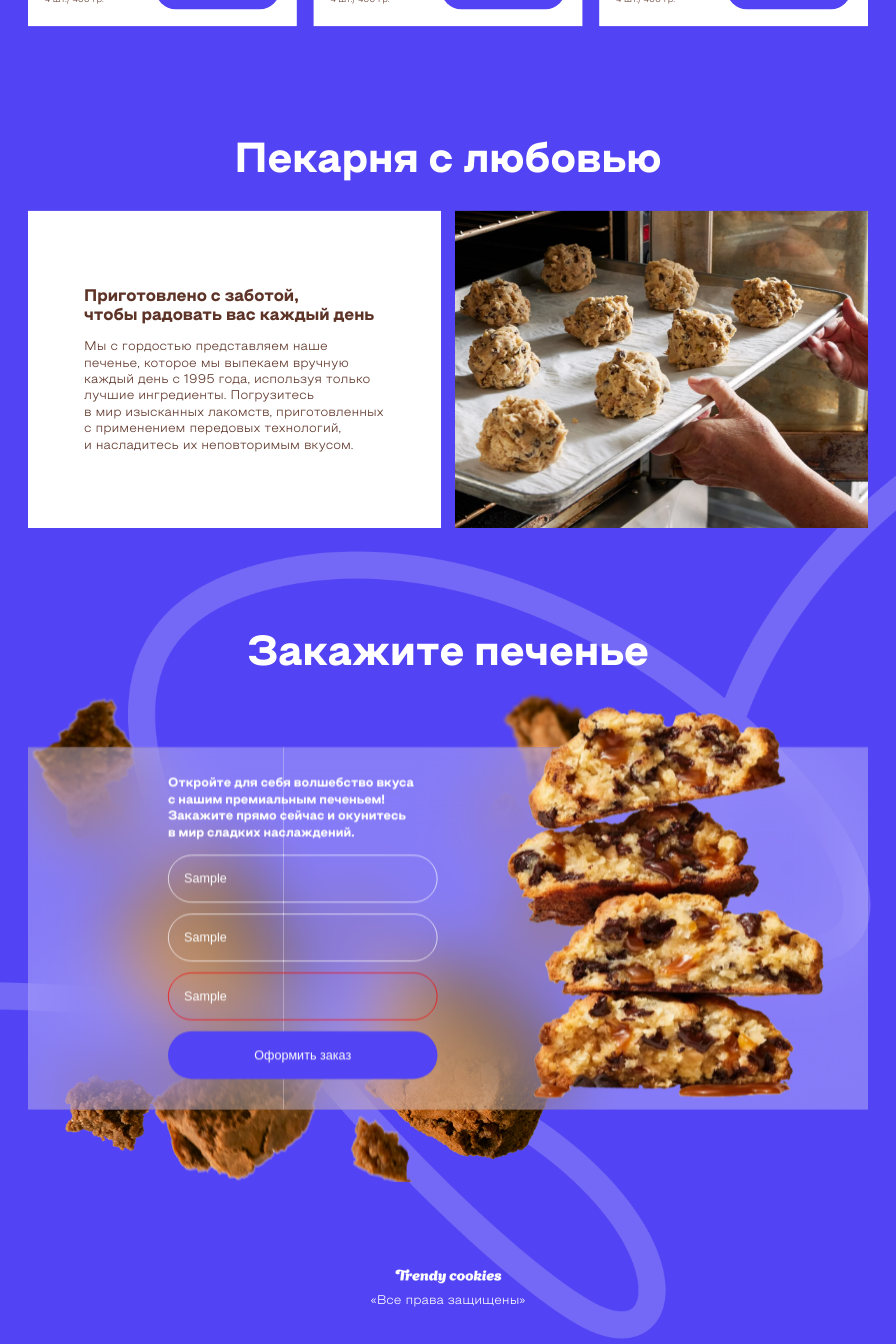
Repository: Albert24-Front-end/cookies-JS
Page: index.html
An editor plug-in stored every save of this project. The page is shown before and after the next save, followed by the edit.
The browser window is 1280 px wide. The pictures show the part of the page from y = 3276 to 5196 px (the page is 5196 px tall), at 70% of full size.
Empty fields were first filled with sample values (such as "Sample", 5 or name@example.com).
After loading, the first visible `#order-action` was clicked once.

Above is the page before, as saved 2025-01-27 14:53:20.

After the next save:
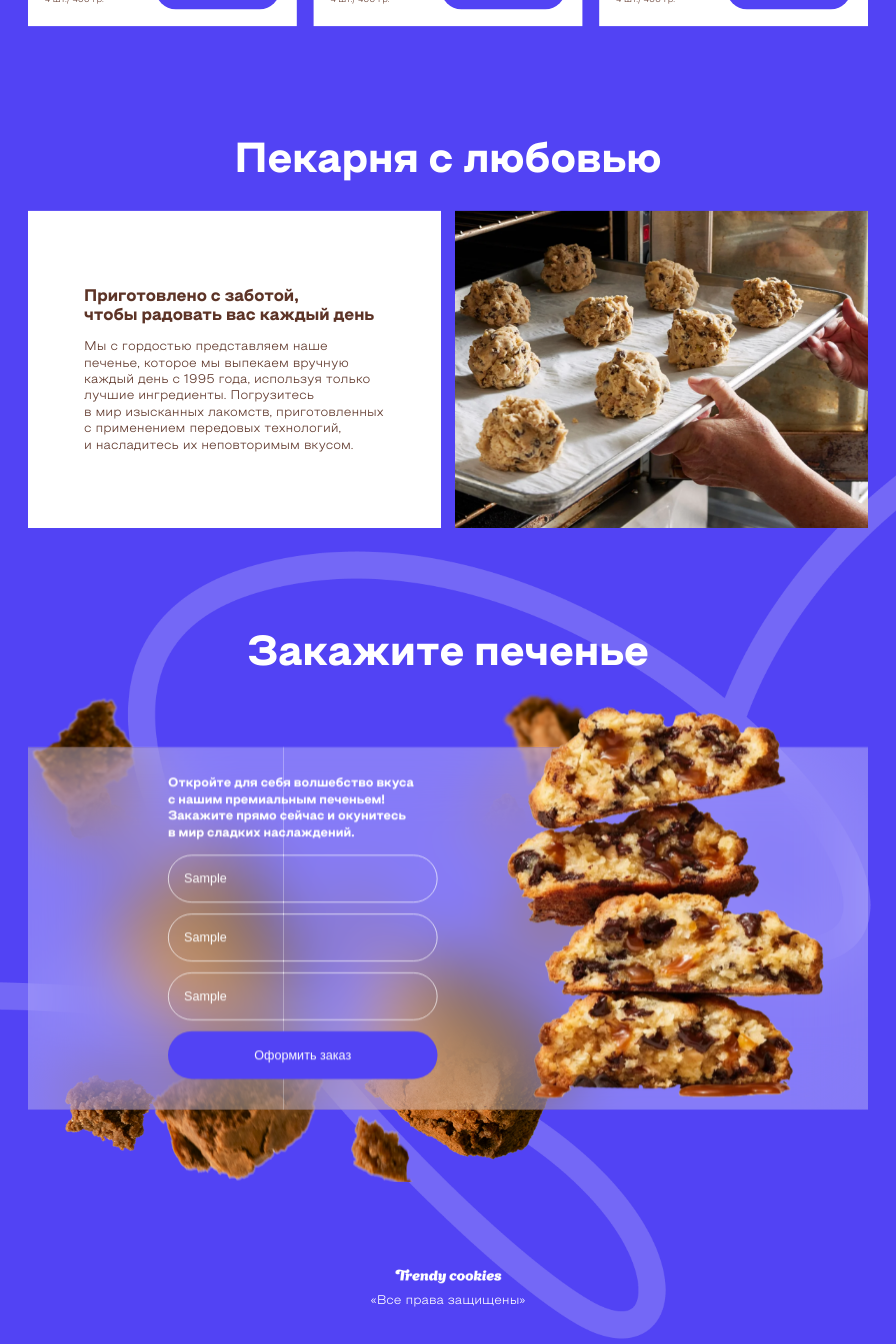
Console error: ReferenceError: inputs_Array is not defined
Saved 66 s later.
--- a/script.js
+++ b/script.js
@@ -59,6 +59,13 @@
     const fields = [productField, nameField, phoneField];
     let hasEmptyFields = false;
     let phoneError = false;
+    inputs_Array.forEach(item => {
+        if (!item.value) {
+            item.style.borderColor = "red";
+            error = true;
+        }
+        else {item.style.borderColor = "";}
+    });
     fields.forEach((field) => {
         if (!field.value) {
             field.style.borderColor = "red";

After the 2 saves that followed:
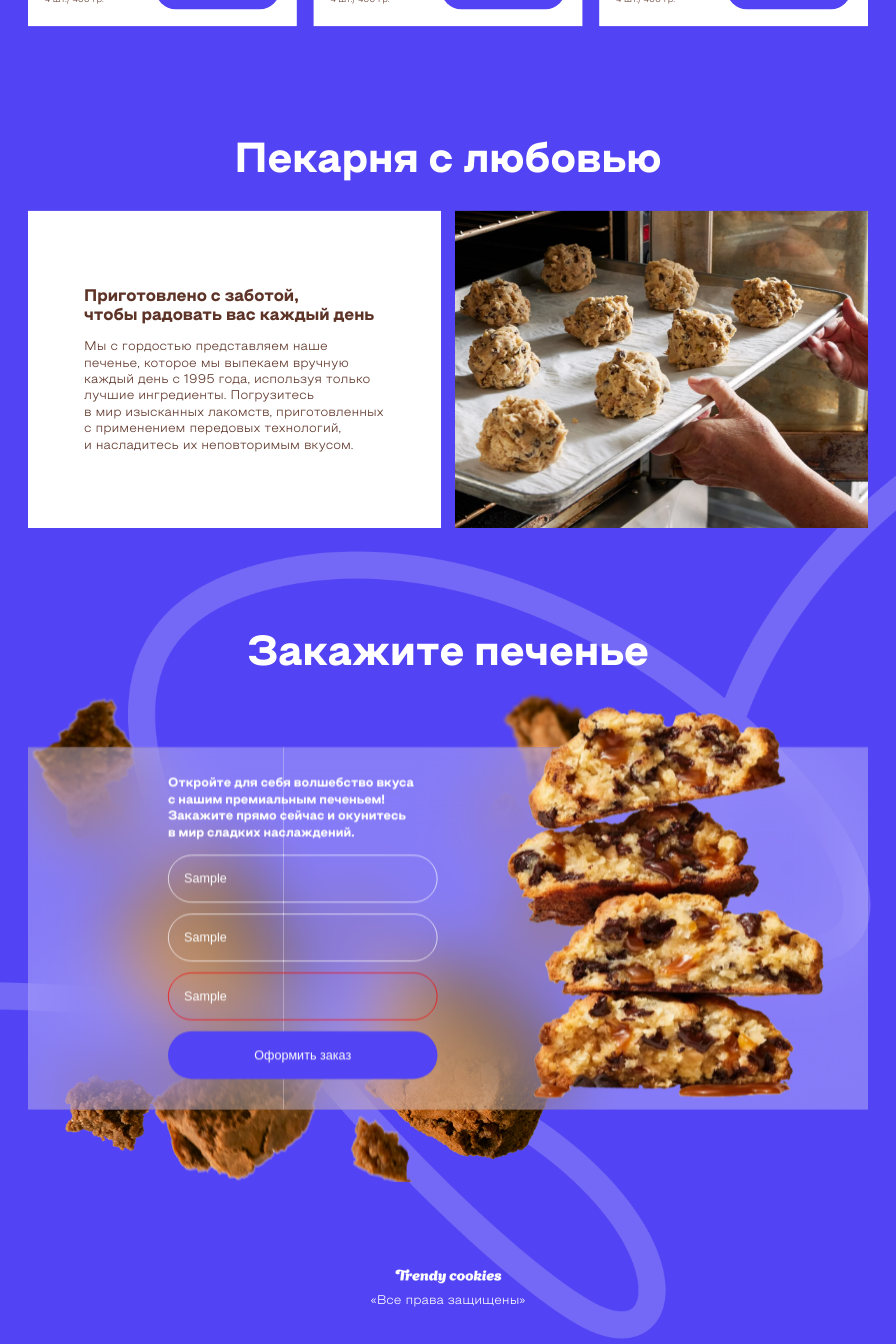
The error is gone.
The 2 saves are shown as one change because 1 left the picture as it was.
The last was saved 9 s later.
--- a/script.js
+++ b/script.js
@@ -59,7 +59,7 @@
     const fields = [productField, nameField, phoneField];
     let hasEmptyFields = false;
     let phoneError = false;
-    inputs_Array.forEach(item => {
+    fields.forEach(item => {
         if (!item.value) {
             item.style.borderColor = "red";
             error = true;
